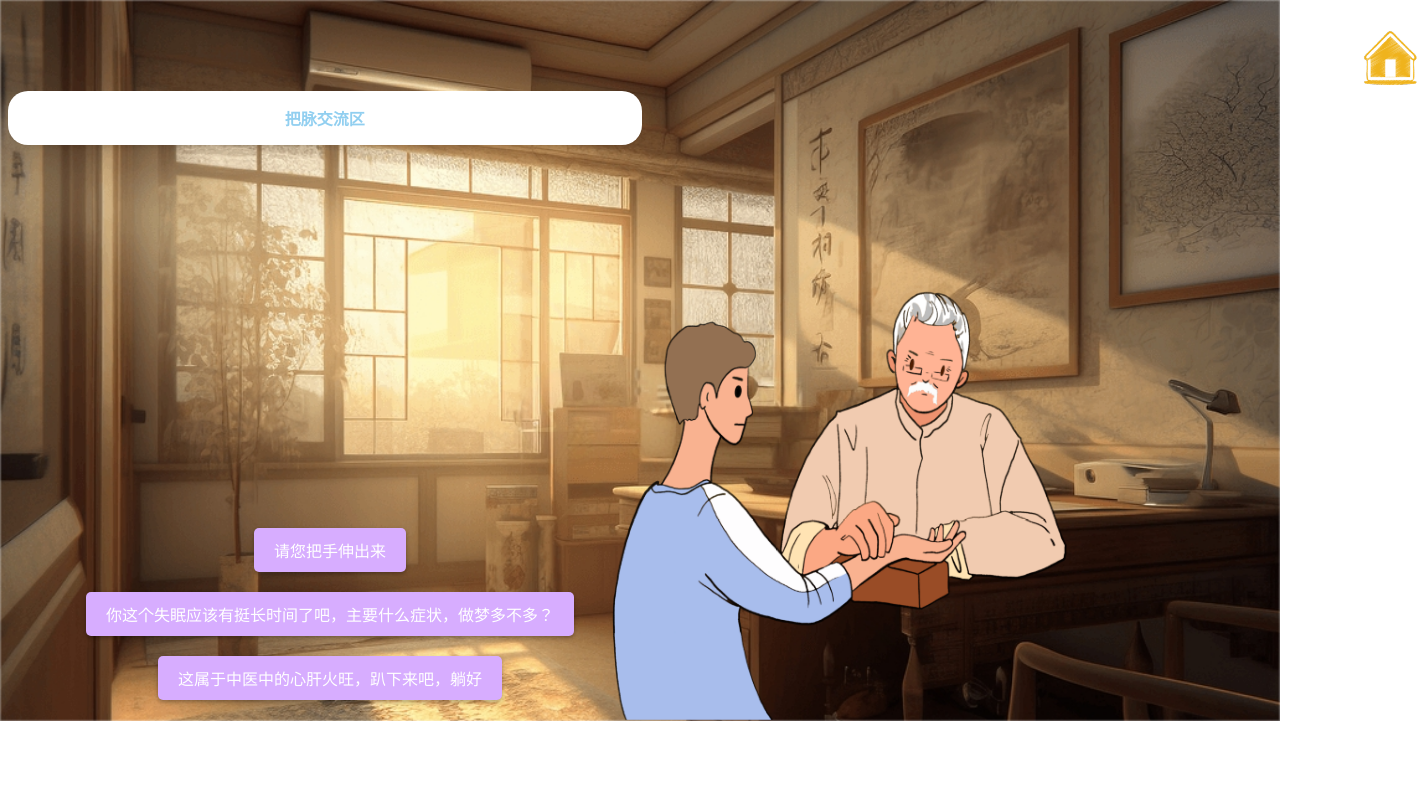
Repository: chjyume/zhongyi
Page: zhen1.html
The author's editor kept a copy of each file at every save. The page is drawn from the files as they stood at one save, then again after the next save.
The browser window is 1280 px wide. The page is 1419 px wide, so the pictures cover 1419 px, including what lies to the right of the window. The pictures show the whole page.

Above is the page before, as saved 2023-09-15 00:29:55.

### zhen1.html
<!DOCTYPE html>
<html>
	<head>
        <meta charset="utf-8" />
		<title>诊疗--针灸</title>

        <link href="css\zhen1.css" rel="stylesheet" type="text/css">
		<link rel="stylesheet" type="text/css" href="family\font.css">
		<link rel="stylesheet" type="text/css" href="css/return.css">
	</head>
	<style>
	body
	{
        background-image:url("img/img4-1.png");
		background-repeat:no-repeat;
        height: 90%;
        width: 90%;
        background-size:cover;
        position:absolute;
        left:0;
        top:0;
	}

	</style>
	<body>
		<button class="return-button">
			<img src="img/return.png" alt="返回" class="return-image" onclick="window.location.href='/shouye.html'">
		  </button>
        <img id="pulse" src="img/img4-2.png">
		<div id="conversation" style="height: 700px; margin-right: 45%; overflow-y: scroll;">
			<div class="special-bubble">
			  <div class="triangle"></div>
			  <p>把脉交流区</p>
			</div>
		  </div>

		  <div class="options-container">
			<div style="display: flex; flex-direction: column; align-items: center;">
			  <button class="option-button custom-option" onclick="showContent('请您把手伸出来')" data-option="请您把手伸出来">请您把手伸出来</button>
			  <button class="option-button custom-option" onclick="showContent('你这个失眠应该有挺长时间了吧，主要什么症状，做梦多不多？')" data-option="你这个失眠应该有挺长时间了吧，主要什么症状，做梦多不多？">你这个失眠应该有挺长时间了吧，主要什么症状，做梦多不多？</button>
			  <button class="option-button custom-option" onclick="showContent('这属于中医中的心肝火旺，趴下来吧，躺好')" data-option="这属于中医中的心肝火旺，趴下来吧，躺好">这属于中医中的心肝火旺，趴下来吧，躺好</button>
			</div>
		  </div>

	</body>
	<script src="js/zhen1.js"></script>
</html>

### css/zhen1.css
#pulse{
    width: 47%;
    height: 61%;
    position: fixed;
    top: calc(39%);
    left: calc(42%);
    z-index: 1;
}
body {
  font-family: 'Montserrat', sans-serif;
}
    /* 气泡样式 */
/*.bubble {
  position: relative;
  background-color: #f9f9f9;
  border: 1px solid #c4c4c4;
  border-radius: 10px;
  padding: 10px;
  margin-bottom: 10px;
  max-width: 300px;
}*/

.special-bubble {
  position: relative;
  background-color: #ffffff;
  color: #91cff0;
  border-radius: 20px;
  padding: 15px;
  box-shadow: 0 2px 5px rgba(0, 0, 0, 0.1);
}

.special-bubble:before {
  content: '';
  position: absolute;
  top: -14px;
  left: 16px;
  border-style: solid;
  border-width: 8px 8px 0;
  border-color: #E6EEFF transparent;
}

.special-bubble p {
  margin: 0;
  font-weight: bold;
  text-align: center; /* 居中对齐 */
}
.option-button.disabled {
opacity: 0.5; /* 设置透明度为 0.5，达到变暗效果 */
cursor: not-allowed; /* 鼠标指针设置为不可用 */
}


/* 左侧气泡 */
.left-bubble {
float: left;
clear: both;
margin-right: 50px;
background: linear-gradient(to right, #95b6fa, #4a00e0);
color: #fff;
border-radius: 8px;
padding: 5px;
box-shadow: 0 2px 5px rgba(0, 0, 0, 0.3);
border: none;
transition: transform 0.3s ease, box-shadow 0.3s ease;
max-height: 200px;
max-width: 450px
}

.left-bubble:hover {
transform: scale(1.05);
box-shadow: 0 4px 8px rgba(0, 0, 0, 0.3);
}

/* 右侧气泡 */
.right-bubble {
float: right;
clear: both;
margin-right: 0px;
background: linear-gradient(to right, #ffe06ee9, hsla(63, 100%, 86%, 0.977));
color: #333;
border-radius: 10px;
padding-left: 5px;
padding-right: 5px;
padding-bottom: 15px; /* 设置右侧气泡的下内边距 */
box-shadow: 0 2px 5px rgba(0, 0, 0, 0.3);
border: none;
transition: transform 0.3s ease, box-shadow 0.3s ease;
max-height: 200px;

}

.right-bubble:hover {
transform: scale(1.05);
box-shadow: 0 4px 8px rgba(0, 0, 0, 0.3);
}


/* 选择框容器样式 */
.options-container {
position: fixed;
bottom: 0;
left: 0;
width: 50%;
padding: 10px;
display: flex;
justify-content: center;
}

/* 按钮样式 */
.option-button {
margin: 10px;
padding: 10px 20px;
font-size: 16px;
border: none;
border-radius: 5px;
background-color: #d7adff;
color: #fff;
cursor: pointer;
transition: background-color 0.3s ease;
box-shadow: 0 2px 4px rgba(0, 0, 0, 0.3);
}

.option-button:hover {
background-color: #eddd95;
}

.option-button.disabled {
opacity: 0.5;
cursor: not-allowed;
}
.container {
  overflow-x: hidden;
}

/* 自定义滚动条样式 */
#conversation::-webkit-scrollbar {
width: 8px;  /* 设置滚动条宽度 */
}

#conversation::-webkit-scrollbar-track {
background-color: #f5f5f5;  /* 设置滚动条轨道背景颜色 */
}

#conversation::-webkit-scrollbar-thumb {
background-color: #ffffffdb;  /* 设置滚动条滑块颜色 */
border-radius: 4px;  /* 设置滚动条滑块圆角 */
}

#conversation::-webkit-scrollbar-thumb:hover {
background-color: #6bbfff;  /* 设置滚动条滑块悬停时颜色 */
}

### family/font.css
@font-face {
    font-family: "HYLeMiaoTi";
    src:url("HYLeMiaoTiJ.ttf");
    font-weight: normal;
    font-style: normal;
}

### css/return.css
.return-button {
    position: relative;
    border: none;
    background: none;
        padding: 0;
    padding: 0;
    z-index: 100;
    margin-top: 3vh;
    margin-left: 3vh;
    left:185vh;
}

.return-image {
    width: 8vh;
    /* 调整为适当的宽度 */
    height: 8vh;
    /* 调整为适当的高度 */
}

### js/zhen1.js
function showContent(selectedOption) {
  var responseMap = {
    "请您把手伸出来": "这就是传说中的中医把脉",
    "你这个失眠应该有挺长时间了吧，主要什么症状，做梦多不多？": "挺长时间了，睡不着，梦有点多",
    "这属于中医中的心肝火旺，趴下来吧，躺好": "谢谢医生"
  };

  var response = responseMap[selectedOption];

  if (response) {
    var conversation = document.getElementById("conversation");

    // 创建用户气泡元素
    var userBubble = document.createElement("div");
    userBubble.className = "bubble left-bubble";
    userBubble.innerHTML = `
      <p>中医:</p>
      <p></p>
    `;
    conversation.appendChild(userBubble);

    // 将用户回答逐字显示
    var j = 0;
    var showUserResponse = setInterval(function() {
      if (j < selectedOption.length) {
        userBubble.getElementsByTagName("p")[1].innerText += selectedOption.charAt(j);
        j++;
      } else {
        clearInterval(showUserResponse);

        // 创建机器人气泡元素
        var botBubble = document.createElement("div");
        botBubble.className = "bubble right-bubble";
        botBubble.innerHTML = `
          <p>我:</p>
        `;
        conversation.appendChild(botBubble);

        // 将回答逐字显示
        var i = 0;
        var showResponse = setInterval(function() {
          if (i < response.length) {
            botBubble.innerHTML += response.charAt(i);
            i++;
          } else {
            clearInterval(showResponse);

            // 将页面滚动到底部
            conversation.scrollTop = conversation.scrollHeight;

            // 30秒后跳转到下一页
            setTimeout(function() {
              window.location.href = "zhenjiu.html"; // 将"next_page.html"替换为您要跳转的页面URL
            }, 11000);
          }
        }, 90);
      }
    }, 90);

    // 禁用已选择的按钮
    var selectedButton = document.querySelector(".option-button[data-option='" + selectedOption + "']");
    selectedButton.disabled = true;
    selectedButton.classList.add("disabled");
  }
}

After the next save:
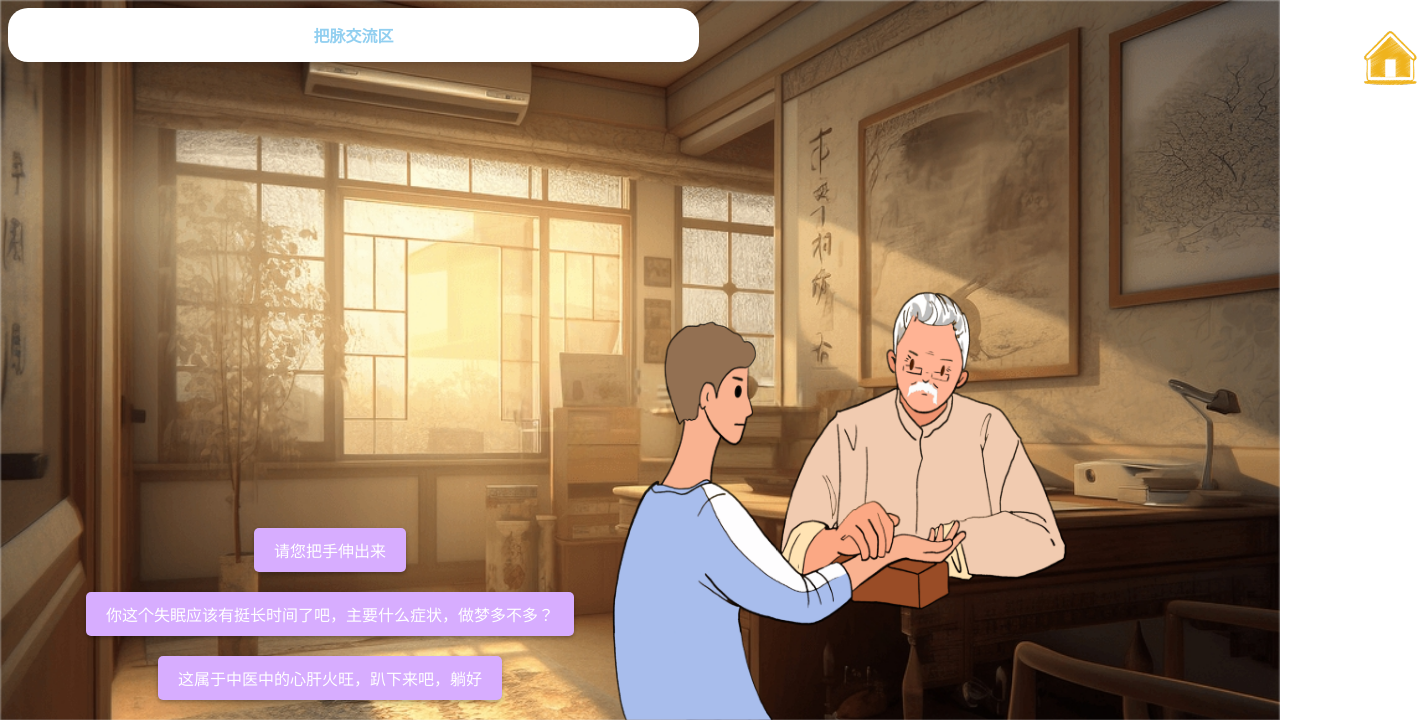
Saved 30 s later.
--- a/zhen1.html
+++ b/zhen1.html
@@ -1,47 +1,52 @@
 <!DOCTYPE html>
 <html>
-	<head>
-        <meta charset="utf-8" />
-		<title>诊疗--针灸</title>
 
-        <link href="css\zhen1.css" rel="stylesheet" type="text/css">
-		<link rel="stylesheet" type="text/css" href="family\font.css">
-		<link rel="stylesheet" type="text/css" href="css/return.css">
-	</head>
-	<style>
-	body
-	{
-        background-image:url("img/img4-1.png");
-		background-repeat:no-repeat;
-        height: 90%;
-        width: 90%;
-        background-size:cover;
-        position:absolute;
-        left:0;
-        top:0;
+<head>
+	<meta charset="utf-8" />
+	<title>诊疗--针灸</title>
+
+	<link href="css\zhen1.css" rel="stylesheet" type="text/css">
+	<link rel="stylesheet" type="text/css" href="family\font.css">
+	<link rel="stylesheet" type="text/css" href="css/return.css">
+</head>
+<style>
+	body {
+		background-image: url("img/img4-1.png");
+		background-repeat: no-repeat;
+		height: 90%;
+		width: 90%;
+		background-size: cover;
+		position: absolute;
+		left: 0;
+		top: 0;
 	}
+</style>
 
-	</style>
-	<body>
-		<button class="return-button">
-			<img src="img/return.png" alt="返回" class="return-image" onclick="window.location.href='/shouye.html'">
-		  </button>
-        <img id="pulse" src="img/img4-2.png">
-		<div id="conversation" style="height: 700px; margin-right: 45%; overflow-y: scroll;">
-			<div class="special-bubble">
-			  <div class="triangle"></div>
-			  <p>把脉交流区</p>
-			</div>
-		  </div>
+<body>
+	<button class="return-button">
+		<img src="img/return.png" alt="返回" class="return-image" onclick="window.location.href='/shouye.html'">
+	</button>
+	<img id="pulse" src="img/img4-2.png">
+	<div id="conversation"
+		style="width: 60%; height: 700px; margin-right: 45%; overflow-y: scroll;position:absolute;top:0;">
+		<div class="special-bubble">
+			<div class="triangle"></div>
+			<p>把脉交流区</p>
+		</div>
+	</div>
 
-		  <div class="options-container">
-			<div style="display: flex; flex-direction: column; align-items: center;">
-			  <button class="option-button custom-option" onclick="showContent('请您把手伸出来')" data-option="请您把手伸出来">请您把手伸出来</button>
-			  <button class="option-button custom-option" onclick="showContent('你这个失眠应该有挺长时间了吧，主要什么症状，做梦多不多？')" data-option="你这个失眠应该有挺长时间了吧，主要什么症状，做梦多不多？">你这个失眠应该有挺长时间了吧，主要什么症状，做梦多不多？</button>
-			  <button class="option-button custom-option" onclick="showContent('这属于中医中的心肝火旺，趴下来吧，躺好')" data-option="这属于中医中的心肝火旺，趴下来吧，躺好">这属于中医中的心肝火旺，趴下来吧，躺好</button>
-			</div>
-		  </div>
+	<div class="options-container">
+		<div style="display: flex; flex-direction: column; align-items: center;">
+			<button class="option-button custom-option" onclick="showContent('请您把手伸出来')"
+				data-option="请您把手伸出来">请您把手伸出来</button>
+			<button class="option-button custom-option" onclick="showContent('你这个失眠应该有挺长时间了吧，主要什么症状，做梦多不多？')"
+				data-option="你这个失眠应该有挺长时间了吧，主要什么症状，做梦多不多？">你这个失眠应该有挺长时间了吧，主要什么症状，做梦多不多？</button>
+			<button class="option-button custom-option" onclick="showContent('这属于中医中的心肝火旺，趴下来吧，躺好')"
+				data-option="这属于中医中的心肝火旺，趴下来吧，躺好">这属于中医中的心肝火旺，趴下来吧，躺好</button>
+		</div>
+	</div>
 
-	</body>
-	<script src="js/zhen1.js"></script>
+</body>
+<script src="js/zhen1.js"></script>
+
 </html>
